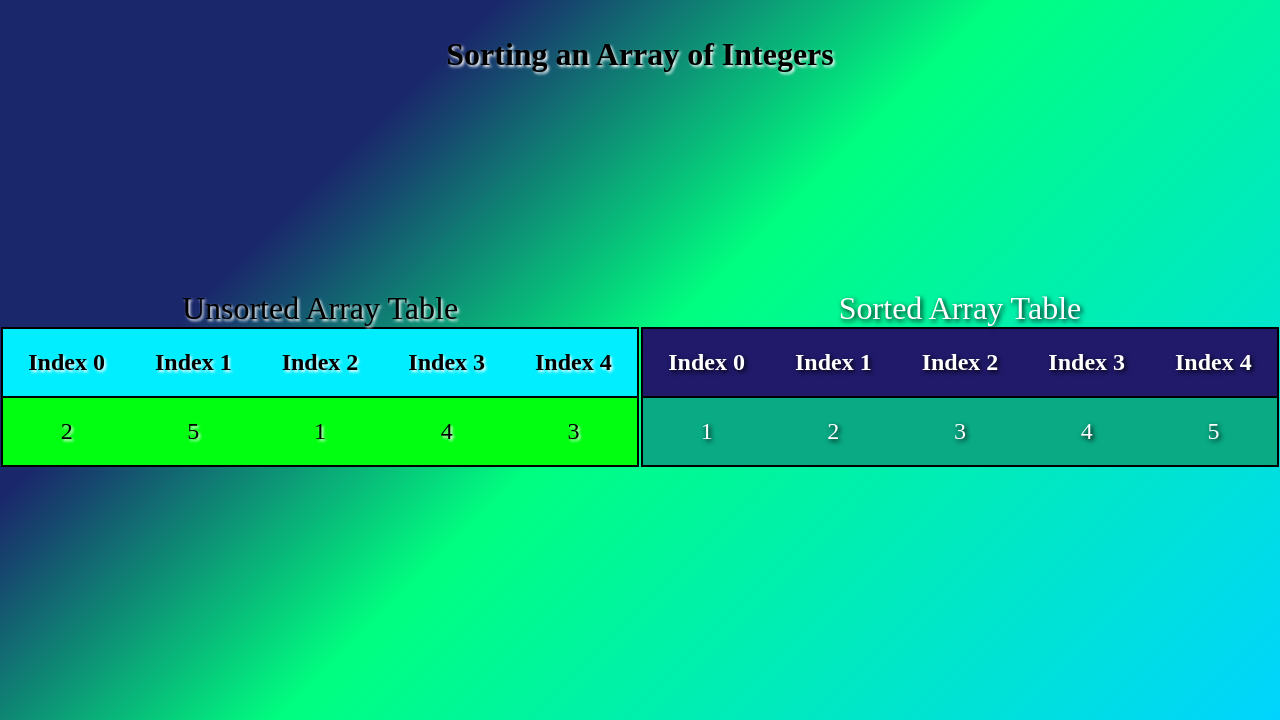
Repository: mlmEFSC21/P16-Sorting-Integers
Page: sort.html
The author's editor kept a copy of each file at every save. The page is drawn from the files as they stood at one save, then again after the next save.
The browser window is 1280 px wide. The pictures show the whole page.

Above is the page before, as saved 2022-03-25 14:10:44.
Console error: TypeError: unsortedTable.className is not a function

After the next save:
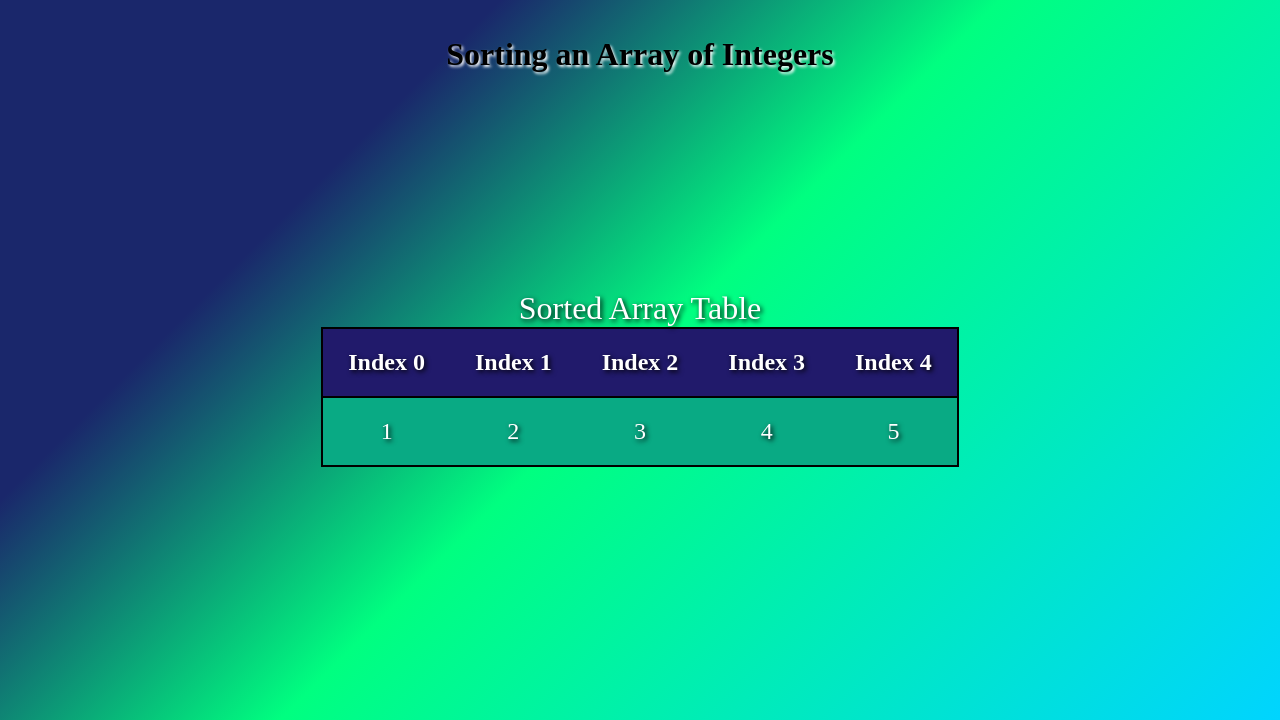
Saved 50 s later.
--- a/sort.html
+++ b/sort.html
@@ -14,9 +14,7 @@
         </header>
         <section>
             <div class="arrayContainer" id="arrayContainer">
-                <!-- <h2 class="unsorted" id="unsorted">Array 1</h2>
-                <h2 class="sorted" id="sorted">Array 2</h2> -->
-                <table class="unsortedTable" id="unsortedTable">
+                <!-- <table class="unsortedTable" id="unsortedTable">
                     <caption>
                         Unsorted Array Table
                     </caption>
@@ -38,7 +36,7 @@
                             <td>3</td>
                         </tr>
                     </tbody>
-                </table>
+                </table> -->
                 <table class="sortedTable" id="sortedTable">
                     <caption>
                         Sorted Array Table
